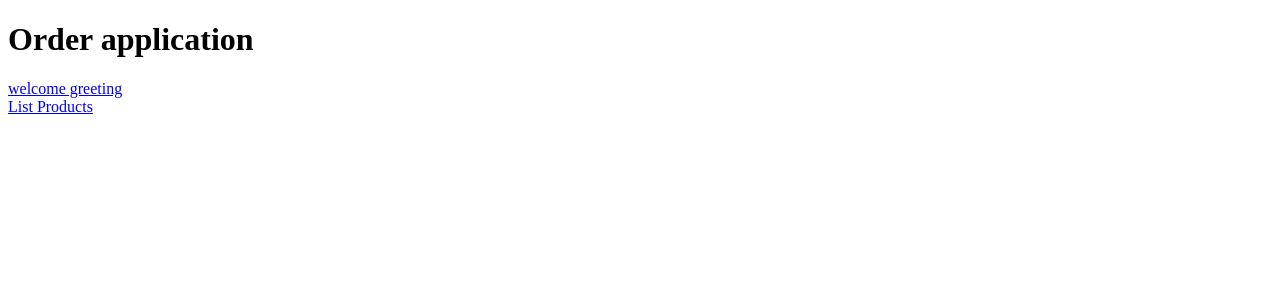
Repository: papaya1997/trainingWeek3
Page: http://localhost/orderwebapp/
These files come from the project's save history. The page is drawn as it stood at one moment and after the next save; the edit follows.
The browser window is 1280 px wide. The pictures show the whole page.
The page is served by Tomcat 9. Nobody is signed in. The application's start-up code is not run.

Above is the page before, as saved 2019-07-22 08:44:27.

After the next save:
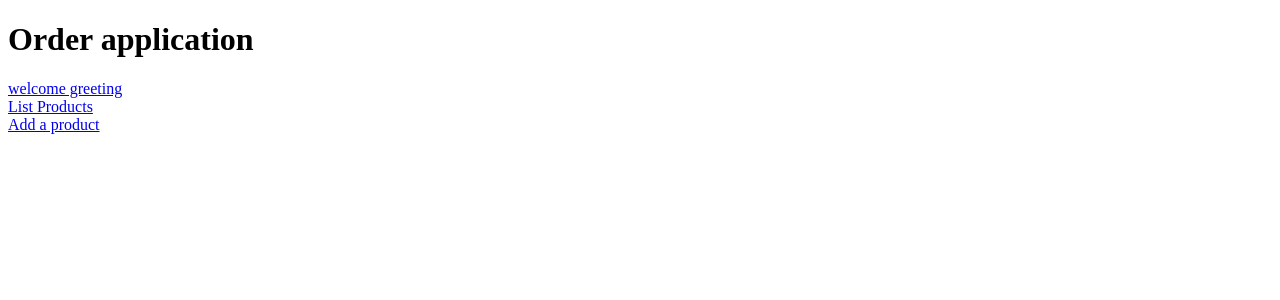
Saved 3 s later.
--- a/orderwebapp/src/main/webapp/index.jsp
+++ b/orderwebapp/src/main/webapp/index.jsp
@@ -10,6 +10,6 @@
 <h1>Order application</h1>
 	<a href="greeting.do">welcome greeting</a> </br>
 	<a href="ListProducts.do">List Products</a> <br/>
-
+	<a href="ProductForm.do">Add a product</a>
 </body>
 </html>
